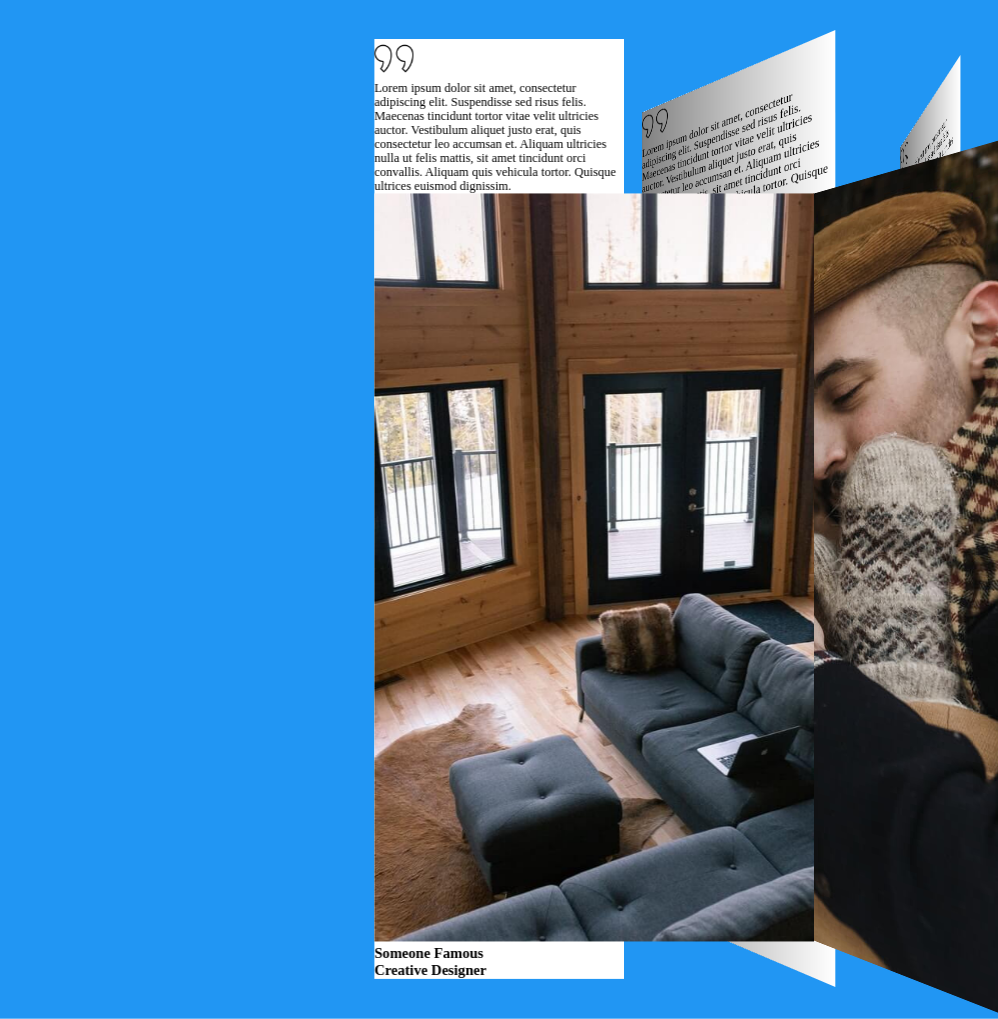
Repository: honghyunAhn/DailyFront
Page: Day210209_Responsive_Client_Testimonial_Section/index.html
The author's editor kept a copy of each file at every save. The page is drawn from the files as they stood at one save, then again after the next save.
The browser window is 1280 px wide. The pictures show the whole page, at 78% of full size.

Above is the page before, as saved 2021-02-10 22:13:37.

### Day210209_Responsive_Client_Testimonial_Section/index.html
<!DOCTYPE html>
<html lang="en">
<head>
    <meta charset="UTF-8">
    <meta http-equiv="X-UA-Compatible" content="IE=edge">
    <meta name="viewport" content="width=device-width, initial-scale=1.0">
    <title>Responsive Client Testimonial Section</title>
    <link rel="stylesheet" href="https://unpkg.com/swiper/swiper-bundle.min.css" />
    <link rel="stylesheet" href="style.css">
</head>
<body>
    <section>
        <div class="swiper-container">
            <div class="swiper-wrapper">
                <div class="swiper-slide">
                    <div class="testimonialBox">
                        <img src="img/quote.png" height="50px" width="50px" class="quote">
                        <div class="content">
                            <p>Lorem ipsum dolor sit amet, consectetur adipiscing elit.
                                Suspendisse sed risus felis. Maecenas tincidunt tortor
                                vitae velit ultricies auctor. Vestibulum aliquet justo erat,
                                quis consectetur leo accumsan et. Aliquam ultricies nulla ut
                                felis mattis, sit amet tincidunt orci convallis.
                                Aliquam quis vehicula tortor. Quisque ultrices euismod dignissim.</p>
                            <div class="details">
                                <div class="imgBx">
                                    <img src="img/1.jpg" alt="">
                                </div>
                                <h3>Someone Famous<br><span>Creative Designer</span></h3>
                            </div>
                        </div>
                    </div>
                </div>
                <div class="swiper-slide">
                    <div class="testimonialBox">
                        <img src="img/quote.png" height="50px" width="50px" class="quote">
                        <div class="content">
                            <p>Lorem ipsum dolor sit amet, consectetur adipiscing elit.
                                Suspendisse sed risus felis. Maecenas tincidunt tortor
                                vitae velit ultricies auctor. Vestibulum aliquet justo erat,
                                quis consectetur leo accumsan et. Aliquam ultricies nulla ut
                                felis mattis, sit amet tincidunt orci convallis.
                                Aliquam quis vehicula tortor. Quisque ultrices euismod dignissim.</p>
                            <div class="details">
                                <div class="imgBx">
                                    <img src="img/2.jpg" alt="">
                                </div>
                                <h3>Someone Famous<br><span>Creative Designer</span></h3>
                            </div>
                        </div>
                    </div>
                </div>
                <div class="swiper-slide">
                    <div class="testimonialBox">
                        <img src="img/quote.png" height="50px" width="50px" class="quote">
                        <div class="content">
                            <p>Lorem ipsum dolor sit amet, consectetur adipiscing elit.
                                Suspendisse sed risus felis. Maecenas tincidunt tortor
                                vitae velit ultricies auctor. Vestibulum aliquet justo erat,
                                quis consectetur leo accumsan et. Aliquam ultricies nulla ut
                                felis mattis, sit amet tincidunt orci convallis.
                                Aliquam quis vehicula tortor. Quisque ultrices euismod dignissim.</p>
                            <div class="details">
                                <div class="imgBx">
                                    <img src="img/3.jpg" alt="">
                                </div>
                                <h3>Someone Famous<br><span>Creative Designer</span></h3>
                            </div>
                        </div>
                    </div>
                </div>
            </div>
        </div>
    </section>
    <script src="https://unpkg.com/swiper/swiper-bundle.min.js"></script>
    <script>
        var swiper = new Swiper('.swiper-container', {
            effect: 'coverflow',
            grabCursor: true,
            centeredSlides: true,
            slidesPerView: 'auto',
            coverflowEffect: {
                rotate: 50,
                stretch: 0,
                depth: 100,
                modifier: 1,
                slideShadows: true,
            },
            pagination: {
                el: '.swiper-pagination',
            },
        });
    </script>
</body>
</html>

### Day210209_Responsive_Client_Testimonial_Section/style.css
@import url("https://fonts.googleapis.com/css?family=Poppins:200,300,400,500,600,700,800,900&display=swap");
* {
  margin: 0;
  padding: 0;
  box-sizing: border-box;
  font-family: "Poppins" sans-serif;
}
section {
  position: relative;
  width: 100%;
  min-height: 100vh;
  display: flex;
  justify-content: center;
  align-items: center;
  background: #2196f3;
  overflow: hidden;
}
.swiper-container {
  width: 100%;
  padding-top: 50px;
  padding-bottom: 50px;
}
.swiper-slide {
  background-position: center;
  background-size: cover;
  width: 320px;
  background: #fff;
}

After the next save:
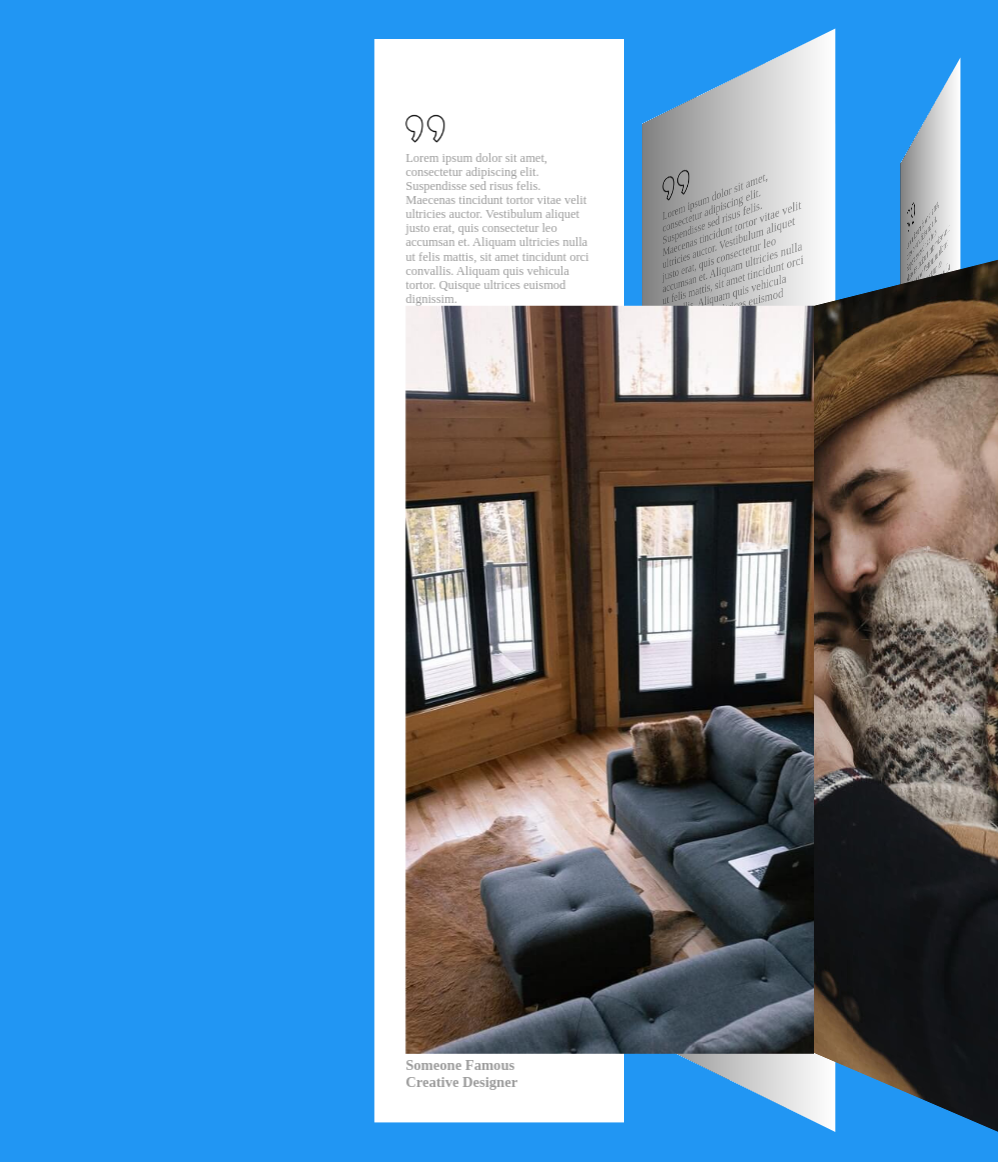
Saved 57 s later.
--- a/Day210209_Responsive_Client_Testimonial_Section/style.css
+++ b/Day210209_Responsive_Client_Testimonial_Section/style.css
@@ -26,3 +26,10 @@ section {
   width: 320px;
   background: #fff;
 }
+.testimonialBox {
+  position: relative;
+  width: 100%;
+  padding: 40px;
+  padding-top: 90px;
+  color: #999;
+}
